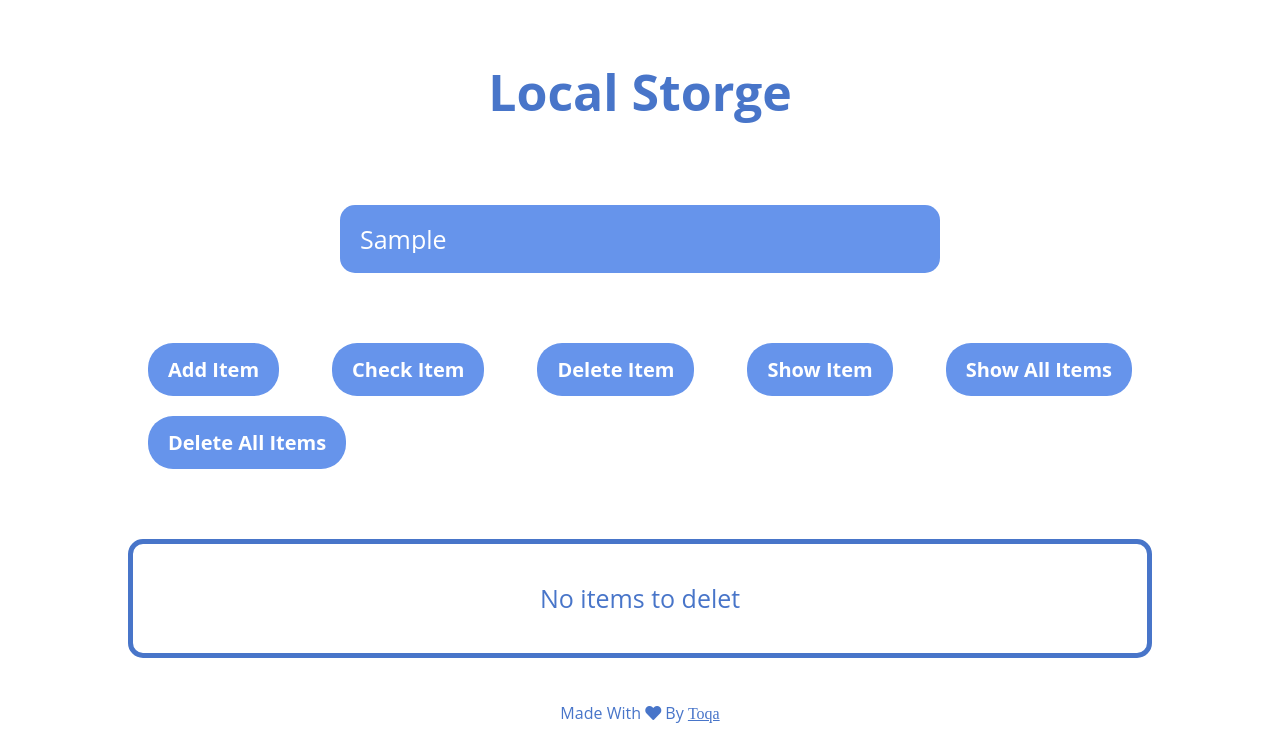
Repository: Toqa-25/local-storge
Page: index.html
An editor plug-in stored every save of this project. The page is shown before and after the next save, followed by the edit.
The browser window is 1280 px wide. The pictures show the whole page.
Empty fields were first filled with sample values (such as "Sample", 5 or name@example.com).
After loading, the first visible `#delete-all` was clicked once.
Some web fonts or font styles are not loaded; a fallback is used.

Above is the page before, as saved 2022-02-15 23:15:19.

After the next save:
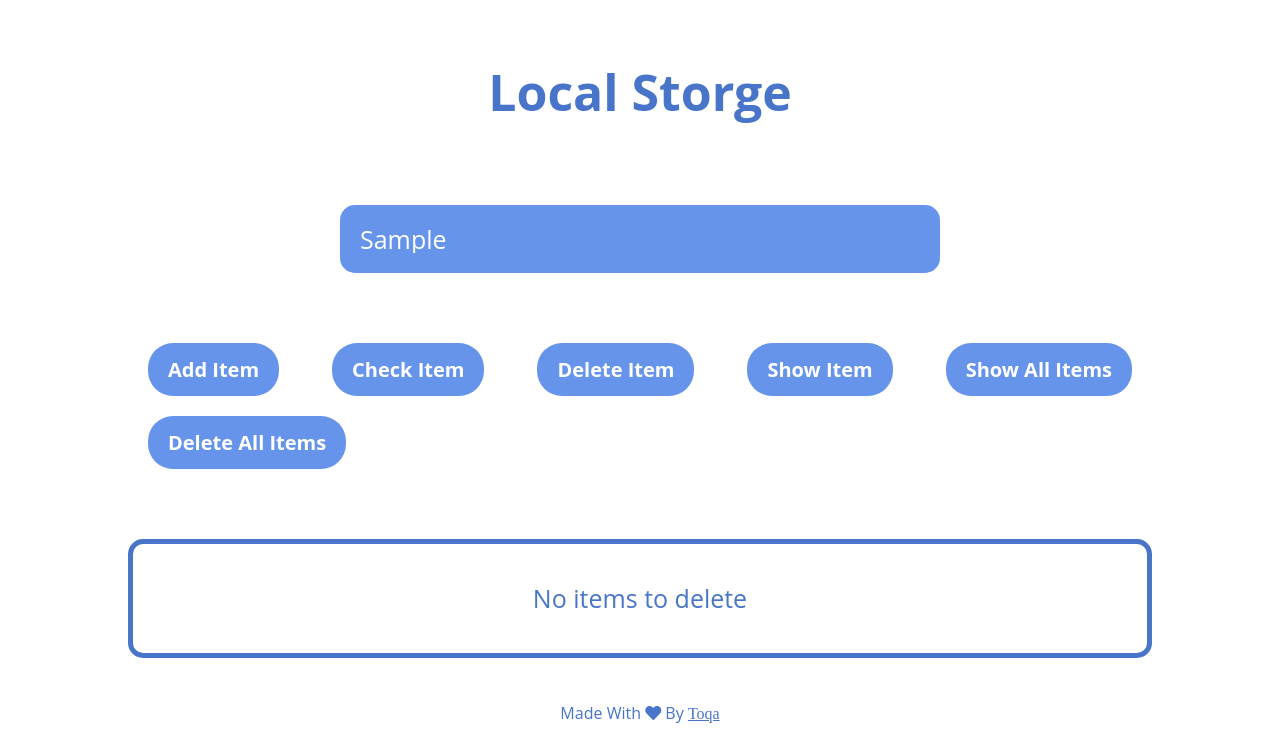
Saved 4 s later.
--- a/js/script.js
+++ b/js/script.js
@@ -109,6 +109,6 @@ function deleteAllItems() {
        localStorage.setItem("items", JSON.stringify(items));
        resultContent.innerHTML = `delete all items`;
     } else {
-      resultContent.innerHTML = `No items to delet`;
+      resultContent.innerHTML = `No items to delete`;
     }
  }
